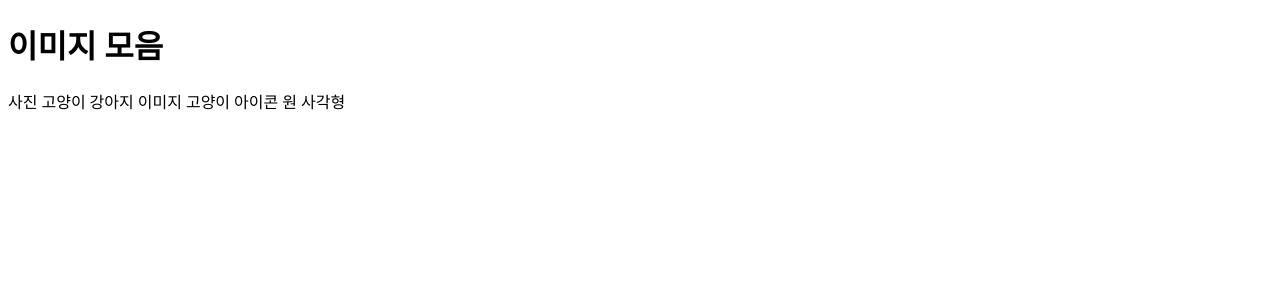
Repository: Hjubong/front-end
Page: ClientTest/src/main/webapp/html/Q008.html
The author's editor kept a copy of each file at every save. The page is drawn from the files as they stood at one save, then again after the next save.
The browser window is 1280 px wide. The pictures show the whole page.

Above is the page before, as saved 2023-09-22 00:08:26.

### ClientTest/src/main/webapp/html/Q008.html
<!DOCTYPE html>
<html>
<head>
<meta charset="UTF-8">
<title>Insert title here</title>
</head>
<body>
	<h1>이미지 모음</h1>
사진
고양이
강아지
이미지
고양이
아이콘
원
사각형
</body>
</html>

After the next save:
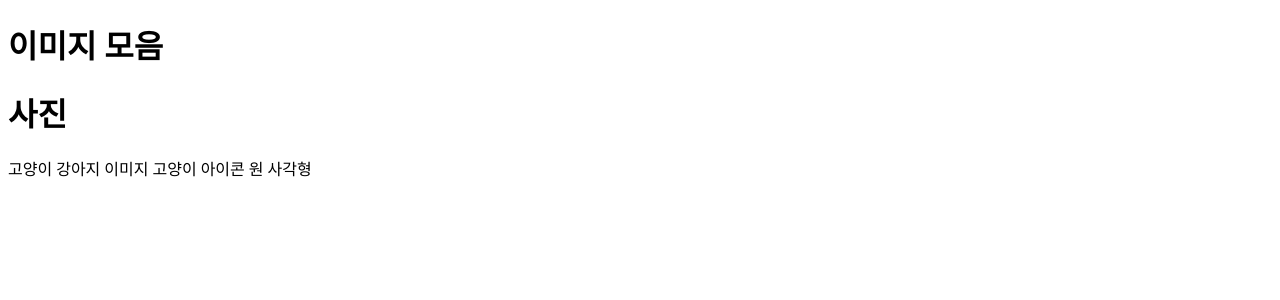
Saved 61 s later.
--- a/ClientTest/src/main/webapp/html/Q008.html
+++ b/ClientTest/src/main/webapp/html/Q008.html
@@ -6,7 +6,7 @@
 </head>
 <body>
 	<h1>이미지 모음</h1>
-사진
+<h1 id="title">사진</h1>
 고양이
 강아지
 이미지
